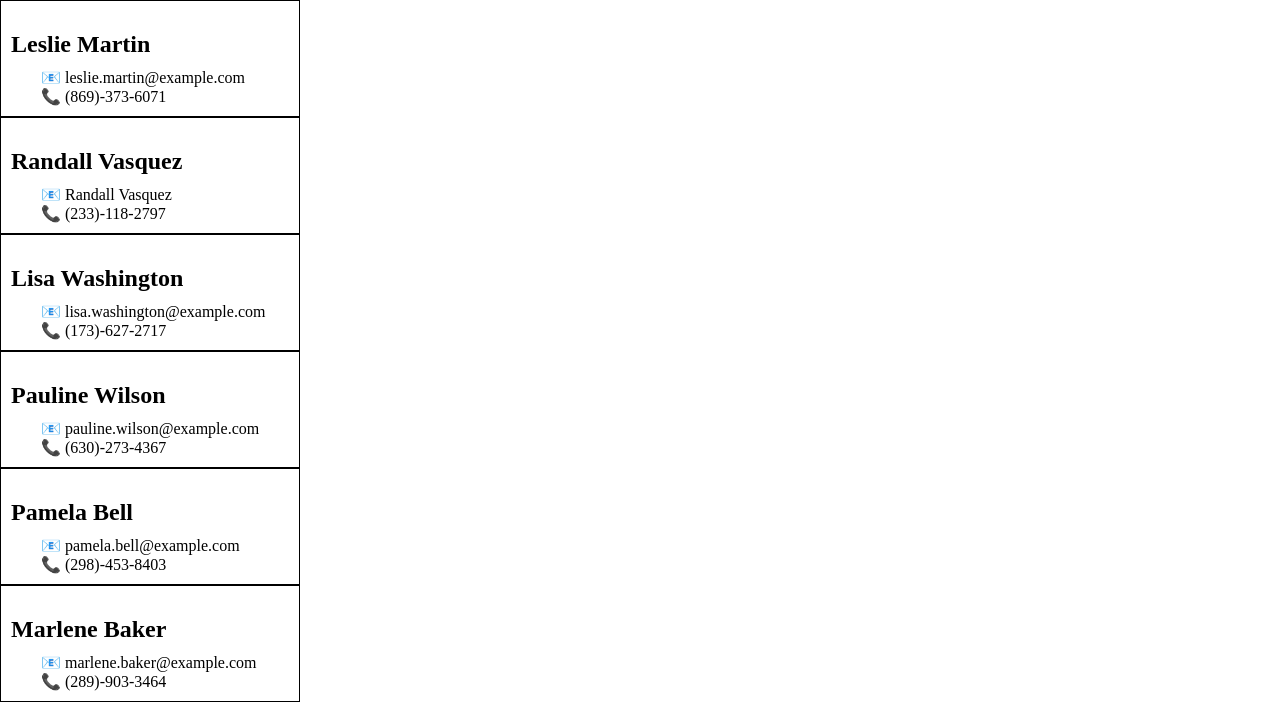
Repository: m0lt/modul_1
Page: 20250702_Aufgaben/Display-Level-2_1/index.html
An editor plug-in stored every save of this project. The page is shown before and after the next save, followed by the edit.
The browser window is 1280 px wide. The pictures show the whole page.

Above is the page before, as saved 2025-07-03 06:39:27.

### 20250702_Aufgaben/Display-Level-2_1/index.html
<!DOCTYPE html>
<html lang="en">
<head>
    <meta charset="UTF-8">
    <meta name="viewport" content="width=device-width, initial-scale=1.0">
    <link rel="stylesheet" href="./assets/css/boxmodel.css">
    <title>Document</title>
</head>
<body>
    <article>
        <h2>Leslie Martin</h2>
        <ul>
            <li>📧 leslie.martin@example.com</li>
            <li>📞 (869)-373-6071</li>
        </ul>
    </article>
    <article>
        <h2>Randall Vasquez</h2>
        <ul>
            <li>📧 Randall Vasquez</li>
            <li>📞 (233)-118-2797</li>
        </ul>
    </article>
    <article>
        <h2>Lisa Washington</h2>
        <ul>
            <li>📧 lisa.washington@example.com</li>
            <li>📞 (173)-627-2717</li>
        </ul>
    </article>
    <article>
        <h2>Pauline Wilson</h2>
        <ul>
            <li>📧 pauline.wilson@example.com</li>
            <li>📞 (630)-273-4367</li>
        </ul>
    </article>
    <article>
        <h2>Pamela Bell</h2>
        <ul>
            <li>📧 pamela.bell@example.com</li>
            <li>📞 (298)-453-8403</li>
        </ul>
    </article>
    <article>
        <h2>Marlene Baker</h2>
        <ul>
            <li>📧 marlene.baker@example.com</li>
            <li>📞 (289)-903-3464</li>
        </ul>
    </article>
</body>
</html>

### 20250702_Aufgaben/Display-Level-2_1/assets/css/boxmodel.css
*{
    box-sizing: border-box;
    margin: 0;
    padding: 0;
}

article{
    border: 1px solid black;
    display: block;
    width: 300px;
    padding: 10px;
}

h2{
    padding-top: 20px;
}

ul{
    padding: 10px 0 0 30px;
    list-style-type: none;

}

After the next save:
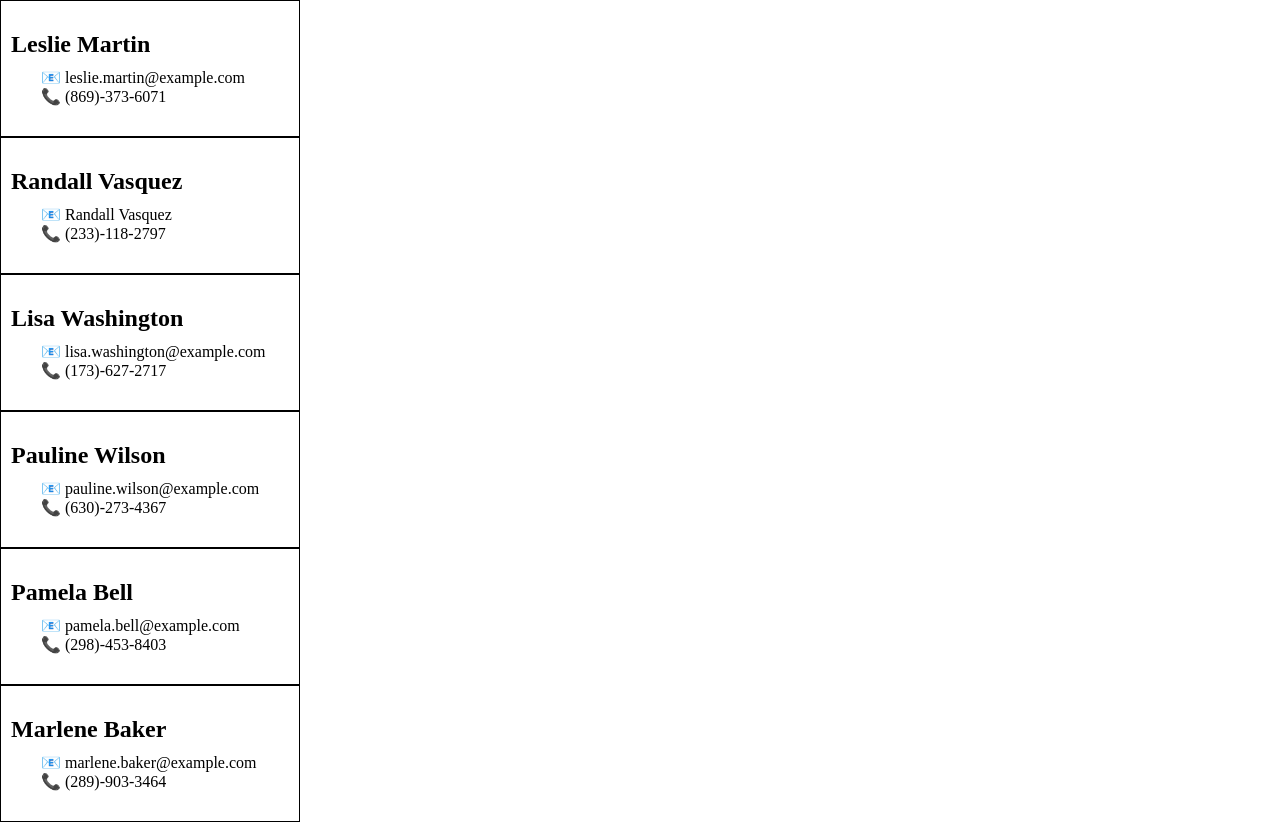
Saved 16 s later.
--- a/20250702_Aufgaben/Display-Level-2_1/assets/css/boxmodel.css
+++ b/20250702_Aufgaben/Display-Level-2_1/assets/css/boxmodel.css
@@ -16,7 +16,7 @@
 }
 
 ul{
-    padding: 10px 0 0 30px;
+    padding: 10px 0 20px 30px;
     list-style-type: none;
 
 }
